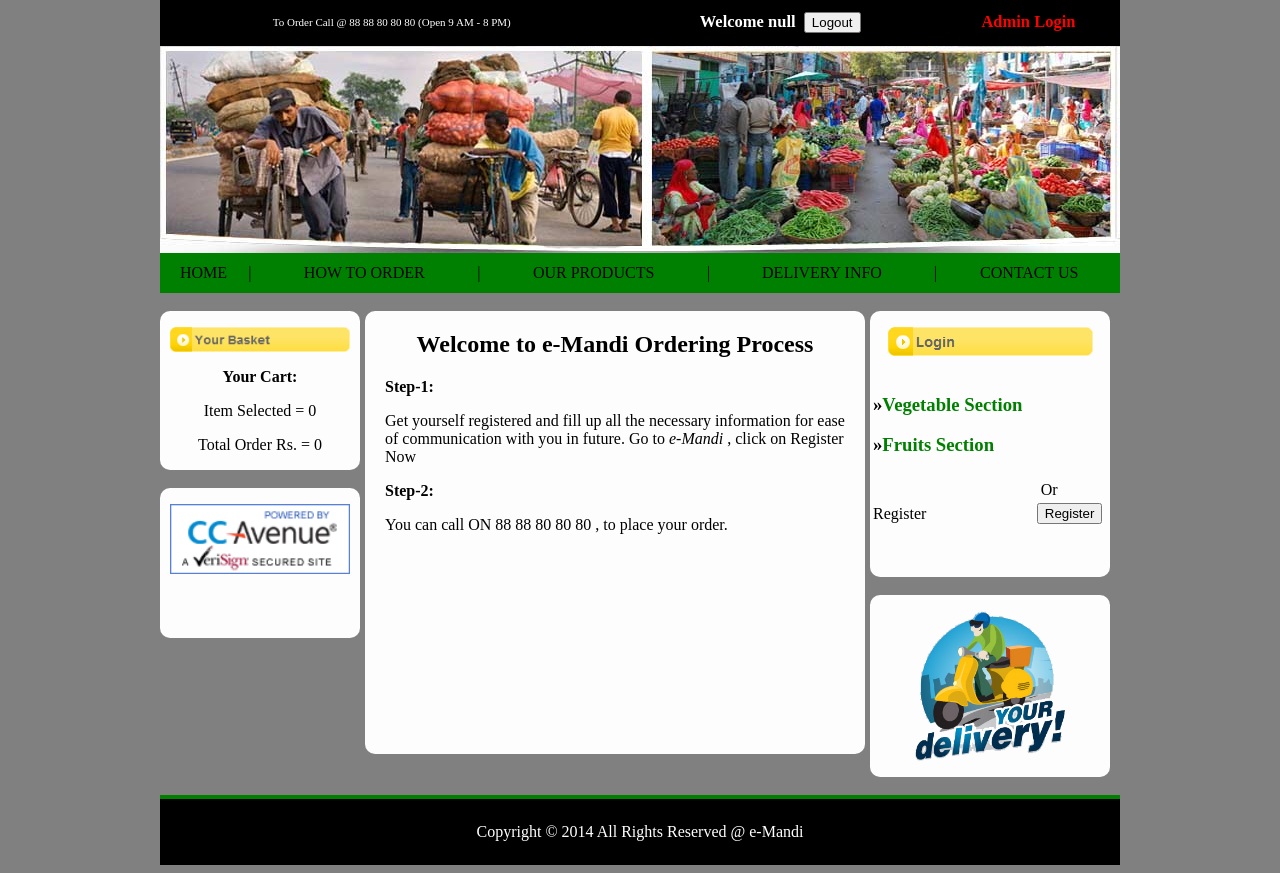
Repository: aashi12/e_mandi
Page: http://localhost/e_mandi/howToOrder11.jsp
The author's editor kept a copy of each file at every save. The page is drawn from the files as they stood at one save, then again after the next save.
The browser window is 1280 px wide. The pictures show the whole page.
The page is served by Tomcat 9. Other server files are loaded and not shown.

Above is the page before, as saved 2014-04-18 13:02:30.

### e_mandi/WebContent/howToOrder11.jsp
<%@ page language="java" contentType="text/html; charset=ISO-8859-1"
    pageEncoding="ISO-8859-1"%>
<!DOCTYPE html PUBLIC "-//W3C//DTD HTML 4.01 Transitional//EN" "http://www.w3.org/TR/html4/loose.dtd">
<html>
<head>
<meta http-equiv="Content-Type" content="text/html; charset=ISO-8859-1">
<title>Online e-Mandi</title>
<link rel="stylesheet" href="style.css" />
</head>
<body bgcolor="gray">
<div id="container">
<div id="main">
<table border="0" width="960" height="255" cellspacing="0" cellpadding="0">
<tr>
<td height="30" bgcolor="black" class="order">
<table border="0" width="960" height="30" cellspacing="0" cellpadding="0">
<tr>
<td align="center"><p>To Order Call @ 88 88 80 80 80 (Open 9 AM - 8 PM)</p></td>
<td align="center">
<!-- user login details -->
<%
String usd =(String)session.getAttribute("user");
out.print("<h2>Welcome "+usd); %>&nbsp;
<a href="Logout1"><input type="button" value="Logout"></a></h2> </td>
<td align="center"><h2 class="admin"><a href="#">Admin Login</a></h2></td>
</tr></table></td>
</tr>
<tr>
<td class="bann">
<!--  banner -->
</td>
</tr>
</table>
<table border="0" width="960" height="40" cellspacing="0" cellpadding="0">
<tr bgcolor="green">
<td align="center" class="tab"><a href="SuccessLogin.jsp">HOME</a></td>
<td align="center" class="tab">|</td>
<td align="center" class="tab"><a href="howToOrder11.jsp">HOW TO ORDER</a></td>
<td align="center" class="tab">|</td>
<td align="center" class="tab"><a href="ourProducts11.jsp">OUR PRODUCTS</a></td>
<td align="center" class="tab">|</td>
<td align="center" class="tab"><a href="deliveryInfo11.jsp">DELIVERY INFO</a></td>
<td align="center" class="tab">|</td>
<td align="center" class="tab"><a href="contactUs11.jsp">CONTACT US</a></td>
</tr>
</table>
<br/>
<table border="0" width="960" height="auto" cellspacing="0" cellpadding="0">
<tr>
<td width="200" valign="top">
<table class="basket" width="200" height="150" cellspacing="0" cellpadding="0" bgcolor="#fefdfd">
<tr>
<td align="center" valign="top">
<p><img src="images/basket.png" width="180"/></p>
<p class="bask"><b>Your Cart:</b></p>
<p>Item Selected = <% Integer a=(Integer)session.getAttribute("count");
if(a==null)
	 {
		 a=new Integer(0);

	 }

%> <%= a.intValue() %></p>
<p>Total Order Rs. = <%   Integer amu=(Integer)session.getAttribute("amount");
if(amu==null)
	 {
		 amu=new Integer(0);

	 }
%>
<%= amu %>
</p>

</td>
</tr>
</table>
&nbsp;
<table class="basket" width="200" height="150" cellspacing="0" cellpadding="0" bgcolor="#fefdfd">
<tr>
<td align="center" valign="top">
<p><img src="images/ccav.gif" width="180"/></p>
</td>
</tr>
</table>
</td>
<td width="560" align="center" valign="top">
<table class="basket" border="0" width="500" height="150" cellspacing="0" cellpadding="0" bgcolor="#fefdfd">
<tr>
<td  valign="top">
<h2 align="center">Welcome to e-Mandi Ordering Process</h2>
<div id="con1">
<p><b>Step-1:</b></p>
<p>Get yourself registered and fill up all the necessary information for ease of communication
with you in future. Go to <i>e-Mandi</i> , click on Register Now</p>
<p><b>Step-2:</b></p>
<p>You can call ON    88 88 80 80 80 , to place your order.</p>

<p>&nbsp;</p>
<p>&nbsp;</p>
<p>&nbsp;</p>
<p>&nbsp;</p>
<p>&nbsp;</p>
<p>&nbsp;</p>
</div>
</td>
</tr>
</table>

</td>
<td width="300" valign="top">
<table border="0" class="basket" width="200" height="150" cellspacing="0" cellpadding="0" bgcolor="#fefdfd">
<tr>
<td align="center">
<p><img src="images/login.png" /></p>
<form action="Validate" method="post">
<table width="240">
<tr>
<td>
<h3 class="section">&#187;<a href="vegitable.jsp">Vegetable Section</a></h3>
<h3 class="section">&#187;<a href="fruits.jsp">Fruits Section</a></h3>
</td>
</tr>

<tr>
<tr>
<td>&nbsp;</td>
<td>&nbsp;Or</td>
</tr>
</form>
<tr>
<td>Register
<p>&nbsp;</p></td>
<td><a href="Register.jsp"><input type="button" value="Register"></a>
<p>&nbsp;</p>
</td>
</tr>
</table>
</td>
</tr>
</table>
&nbsp;
<table border="0" class="basket" width="240" height="150" cellspacing="0" cellpadding="0" bgcolor="#fefdfd">
<tr>
<td align="center">
<p><img src="images/free.png" width="150" height="150" /></p>
</td>
</tr>
</table>
</td>
</tr>
</table>
&nbsp;
<table border="0" width="960" height="70" cellspacing="0" cellpadding="0">
<tr>
<td height="4" bgcolor="green"></td>
</tr>
<tr>
<td height="65" bgcolor="black" align="center" class="foot">
<p>Copyright &copy; 2014 All Rights Reserved @ e-Mandi</p>
</td>
</tr>
</table>
</div>
</div>
</body>
</html>

### e_mandi/WebContent/style.css
#container{margin-top:-10px;}
#main{margin: 0px auto;width:960px;}
.tab{color:#000;text-decoration:none;}
.tab a{color:#000;text-decoration:none;}
.tab a:hover{color:#fff;text-decoration:none;}
.tab12{color:#fff;text-decoration:none;}
.tab12 a{color:#fff;text-decoration:none;}
.tab12 a:hover{color:red;text-decoration:none;}
.bann{background-image: url(images/header.jpg);}
.order{color:#fff; font-size:11px;}
.free{padding-left:400px;}
.logo{padding-bottom:50px;}
.basket{border-radius:10px;}
.foot{color:#fff;}
.cat{color:#000;text-decoration:none;}
.cat a{color:red;text-decoration:none;}
.cat a:hover{color:green;text-decoration:none;}
.admin{color:red;text-decoration:none; }
.admin a{color:red; text-decoration:none;}
.admin a:hover{color:#fff;text-decoration:none; }
#con1{padding-left:20px;padding-right:20px;}
img{border:none;}
a{text-decoration:none;}
.log a{text-decoration:none;}
.section a{color:green;text-decoration:none;}
.section a:hover{color:red;text-decoration:none;}
.quick{color:green;text-decoration:underline;}
#login
{
	text-align:center;

}

After the next save:
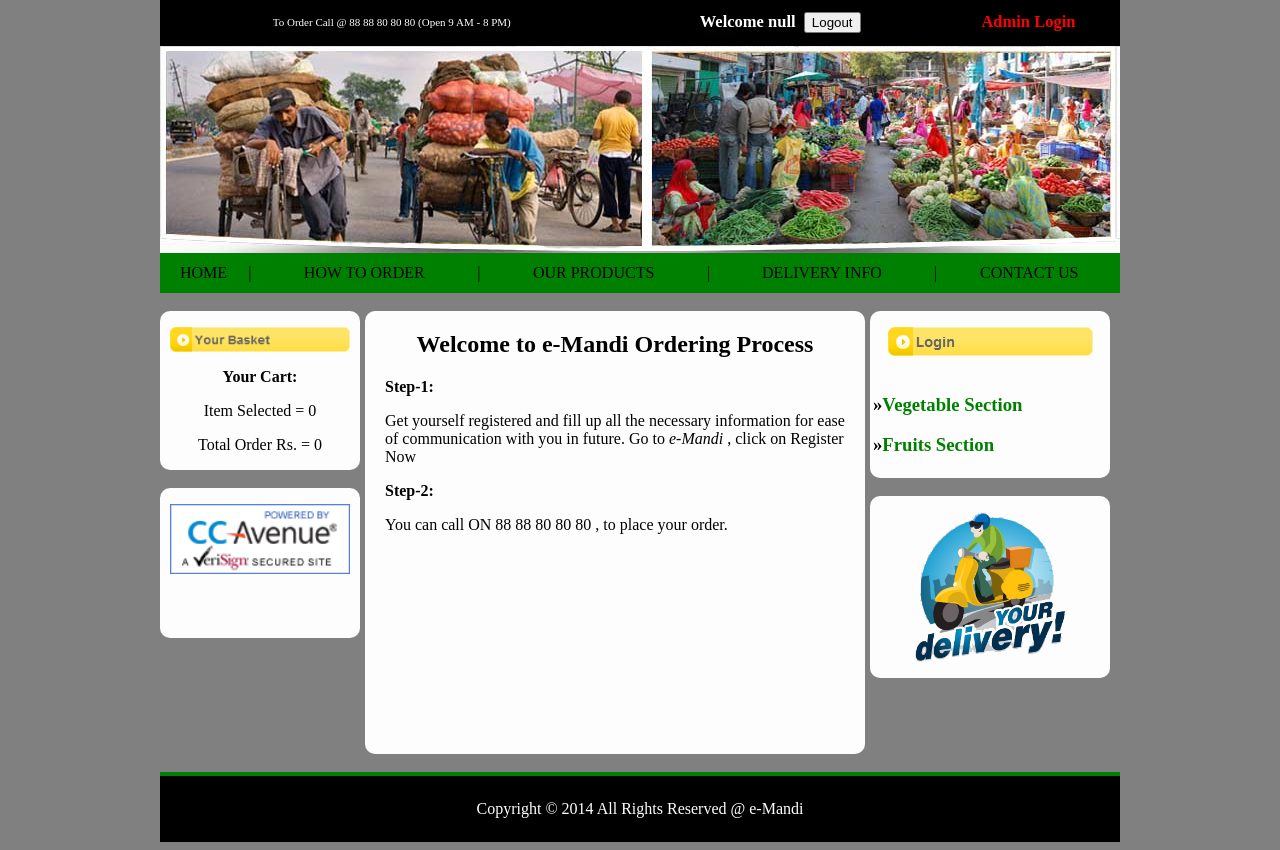
Saved 60 s later.
--- a/e_mandi/WebContent/howToOrder11.jsp
+++ b/e_mandi/WebContent/howToOrder11.jsp
@@ -120,20 +120,6 @@ with you in future. Go to <i>e-Mandi</i> , click on Register Now</p>
 <h3 class="section">&#187;<a href="fruits.jsp">Fruits Section</a></h3>
 </td>
 </tr>
-
-<tr>
-<tr>
-<td>&nbsp;</td>
-<td>&nbsp;Or</td>
-</tr>
-</form>
-<tr>
-<td>Register
-<p>&nbsp;</p></td>
-<td><a href="Register.jsp"><input type="button" value="Register"></a>
-<p>&nbsp;</p>
-</td>
-</tr>
 </table>
 </td>
 </tr>
